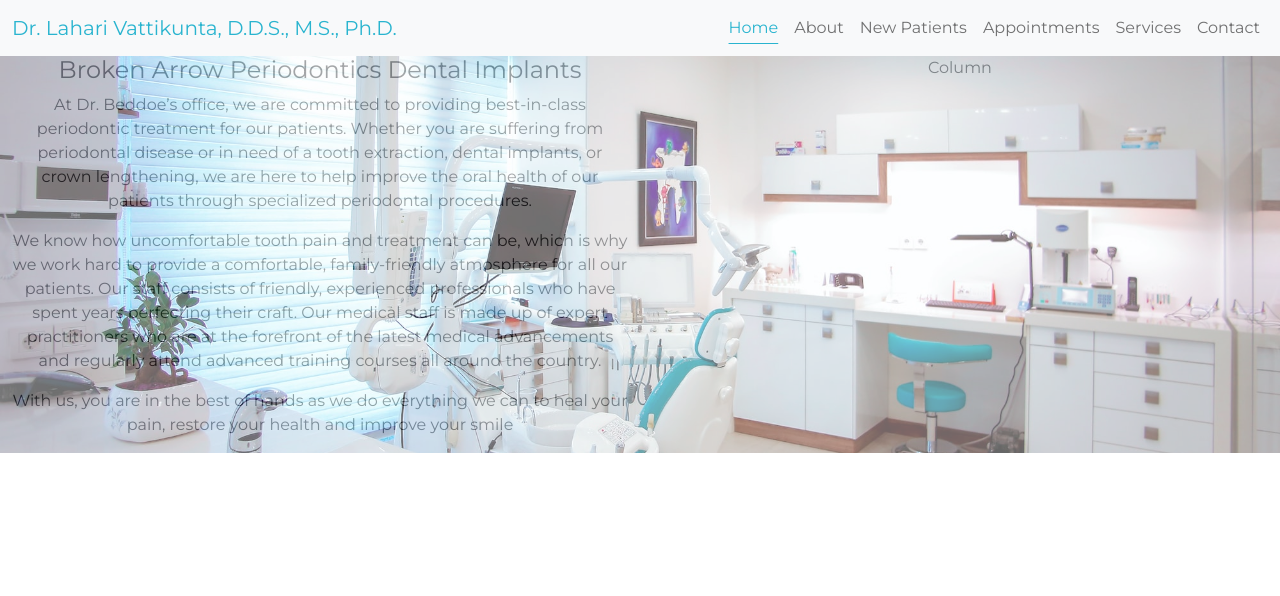
Repository: vineetha2438/baperio
Page: index.html
These files come from the project's save history. The page is drawn as it stood at one moment and after the next save; the edit follows.
The browser window is 1280 px wide. The pictures show the whole page.

Above is the page before, as saved 2022-11-13 19:26:11.

### index.html
<!DOCTYPE html>
<html lang="en">

<head>
  <meta charset="utf-8">
  <meta name="viewport" content="width=device-width, initial-scale=1">
  <title>Broken Arrow Periodontics Dental Implants</title>
  <link href="https://cdn.jsdelivr.net/npm/bootstrap@5.2.2/dist/css/bootstrap.min.css" rel="stylesheet" integrity="sha384-Zenh87qX5JnK2Jl0vWa8Ck2rdkQ2Bzep5IDxbcnCeuOxjzrPF/et3URy9Bv1WTRi"
    crossorigin="anonymous">
  <link href='https://fonts.googleapis.com/css?family=Montserrat' rel='stylesheet'>
  <link rel="stylesheet" href="index.css">
  <style>
    body {
      font-family: 'Montserrat' !important
    }
  </style>
</head>

<body>
  <nav class="navbar navbar-expand-lg sticky-top bg-light">
    <div class="container-fluid">
      <!-- <a class="navbar-brand" href="#">Navbar</a> -->
      <p class="navbar-brand mb-0 h1 theme-blue doctor-name">Dr. Lahari Vattikunta, D.D.S., M.S., Ph.D. </p>
      <button class="navbar-toggler" type="button" data-bs-toggle="collapse" data-bs-target="#navbarSupportedContent" aria-controls="navbarSupportedContent"
        aria-expanded="false" aria-label="Toggle navigation">
        <span class="navbar-toggler-icon"></span>
      </button>
      <div class="collapse navbar-collapse" id="navbarSupportedContent">
        <ul class="navbar-nav me-auto mb-2 mb-lg-0 auto-ml-0-mr">
          <li class="nav-item">
            <a class="nav-link active theme-blue" aria-current="page" href="index.html">Home</a>
          </li>
          <li class="nav-item">
            <a class="nav-link" href="about.html">About</a>
          </li>
          <li class="nav-item">
            <a class="nav-link" href="#">New Patients</a>
          </li>
          <li class="nav-item">
            <a class="nav-link" href="#">Appointments</a>
          </li>
          <li class="nav-item">
            <a class="nav-link" href="#">Services</a>
          </li>
          <li class="nav-item">
            <a class="nav-link" href="#">Contact</a>
          </li>
        </ul>
      </div>
    </div>
  </nav>
  <div class="container-fluid text-center">
    <div class="row section-one">
      <div class="clinic-bg" data-image="clinic_bg.jpeg"></div>
      <div class="col-sm-12 col-md-6">
        <h4>Broken Arrow Periodontics Dental Implants</h4>
        <p>At Dr. Beddoe’s office, we are committed to providing best-in-class periodontic treatment for our patients. Whether
          you are suffering from periodontal disease or in need of a tooth extraction, dental implants, or crown lengthening,
          we are here to help improve the oral health of our patients through specialized periodontal procedures.</p>

        <p>We know how uncomfortable tooth pain and treatment can be, which is why we work hard to provide a comfortable, family-friendly
          atmosphere for all our patients. Our staff consists of friendly, experienced professionals who have spent years
          perfecting their craft. Our medical staff is made up of expert practitioners who are at the forefront of the latest
          medical advancements and regularly attend advanced training courses all around the country.</p>

        <p>With us, you are in the best of hands as we do everything we can to heal your pain, restore your health and improve
          your smile</p>
      </div>
      <div class="col-sm-12 col-md-6">
        Column
      </div>
    </div>
  </div>
  <script src="https://cdn.jsdelivr.net/npm/bootstrap@5.2.2/dist/js/bootstrap.bundle.min.js" integrity="sha384-OERcA2EqjJCMA+/3y+gxIOqMEjwtxJY7qPCqsdltbNJuaOe923+mo//f6V8Qbsw3"
    crossorigin="anonymous"></script>
</body>

</html>

### index.css
.theme-blue {
  color: rgb(41,180,207) !important;
}

.auto-ml-0-mr {
  margin-left: auto !important;
  margin-right: 0 !important;
}

.nav-link.active {
  text-decoration: underline;
  text-underline-offset: 10px;
}

.clinic-bg {
  opacity: 0.6;
  position: absolute;
  left: 0;
  top: 0;
  width: 100%;
  height: auto;
  background-image: url('./clinic_bg.jpeg');
  right: 0;
  bottom: 0;
  background-repeat: no-repeat;
  background-attachment: scroll;
  background-position: center center;
  background-size: cover;
}

.doctor-name {
  overflow: hidden;
  text-overflow: ellipsis;
}

.section-one {
  position: relative;
}

After the next save:
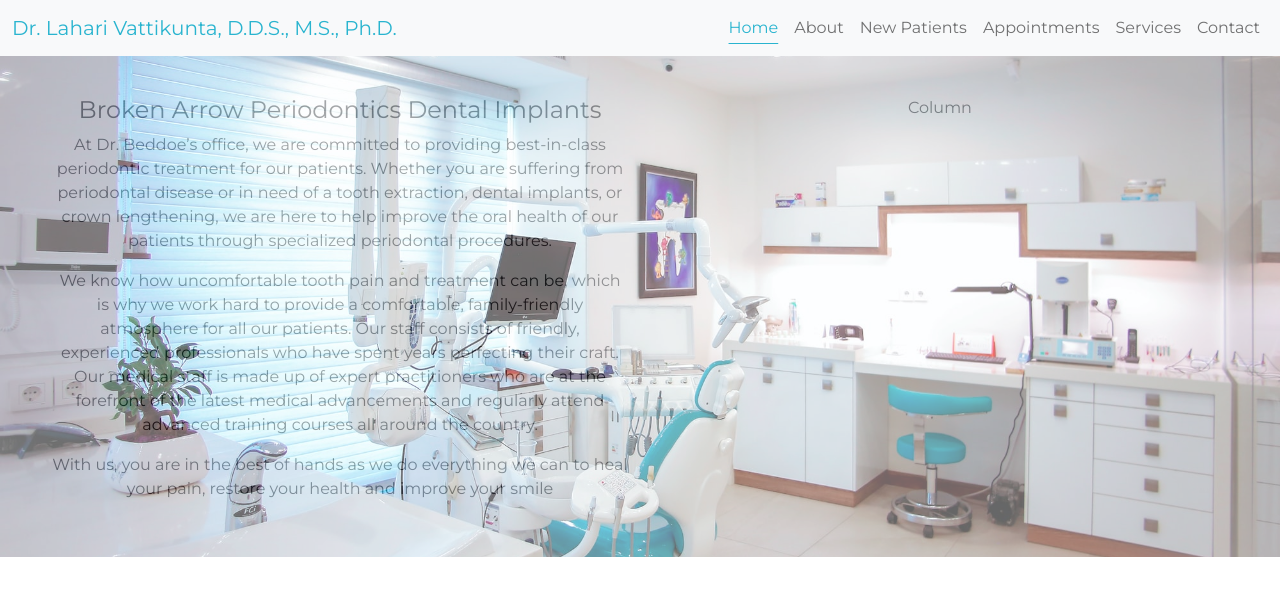
Saved 96 s later.
--- a/index.css
+++ b/index.css
@@ -35,4 +35,5 @@
 
 .section-one {
   position: relative;
+  padding: 40px
 }
